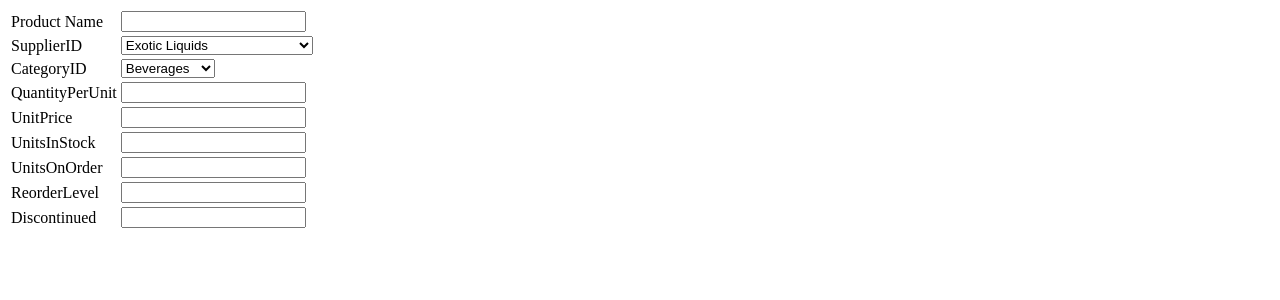
Repository: kaza1509/PRJ301
Page: SE1613/web/addProducts.html
The author's editor kept a copy of each file at every save. The page is drawn from the files as they stood at one save, then again after the next save.
The browser window is 1280 px wide. The pictures show the whole page.

Above is the page before, as saved 2022-01-19 16:59:29.

After the next save:
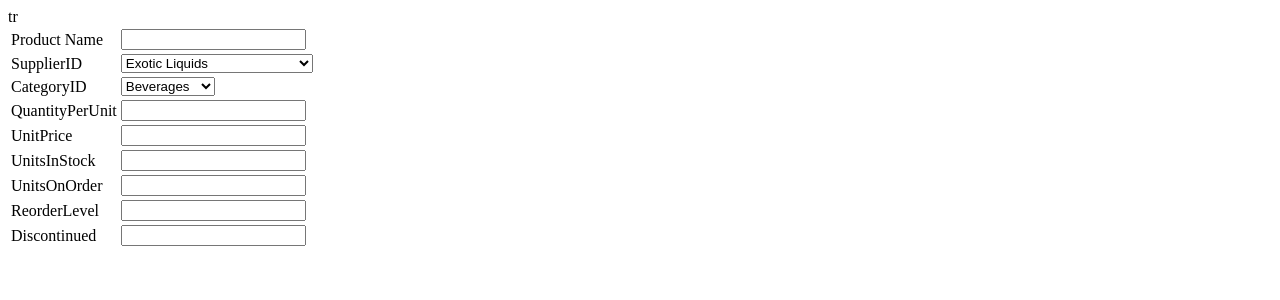
Saved 68 s later.
--- a/SE1613/web/addProducts.html
+++ b/SE1613/web/addProducts.html
@@ -72,6 +72,7 @@
                         <input type="number" name="discontinued" id="">
                     </td>
                 </tr>
+                tr
             </table>
         </form>
 

After the 2 saves that followed:
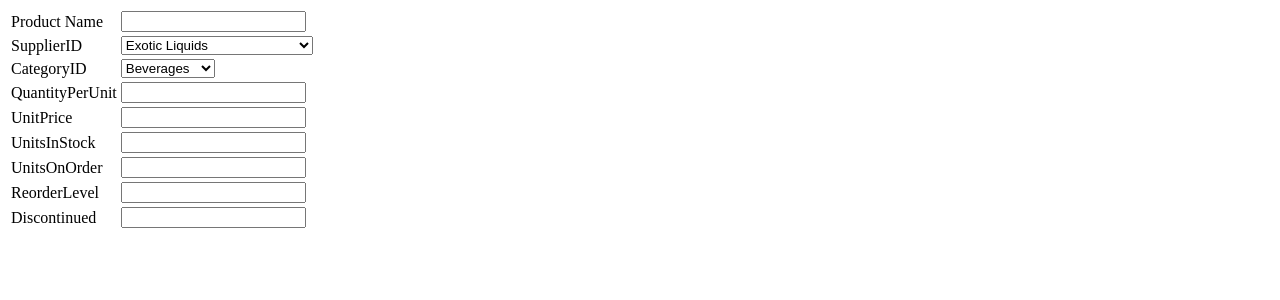
The 2 saves are shown as one change because they came seconds apart.
The last was saved 6 s later.
--- a/SE1613/web/addProducts.html
+++ b/SE1613/web/addProducts.html
@@ -72,7 +72,12 @@
                         <input type="number" name="discontinued" id="">
                     </td>
                 </tr>
-                tr
+                <tr>
+                    <td>
+
+                    </td>
+                    <td></td>
+                </tr>
             </table>
         </form>
 
